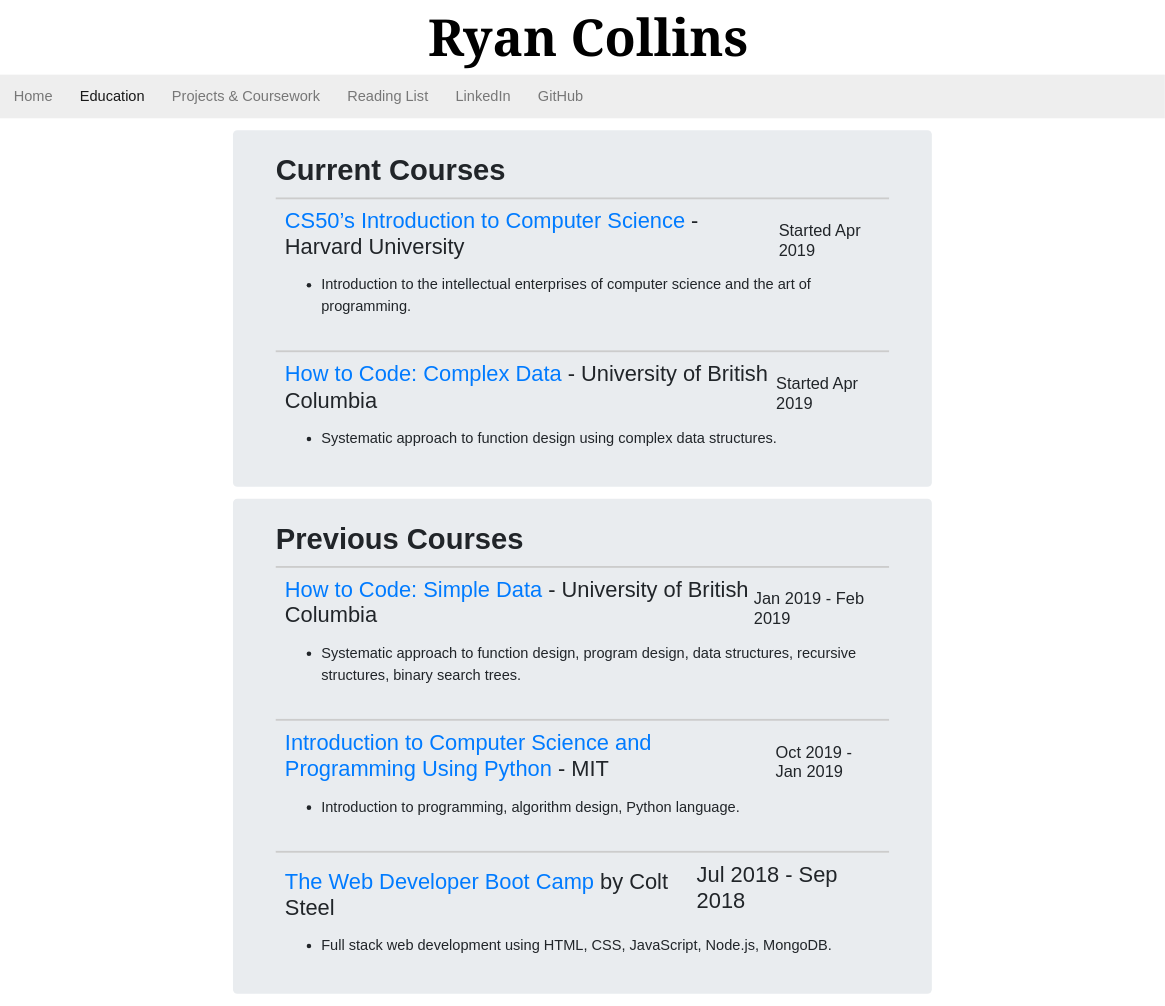
Repository: RyanMCollins/cs50
Page: pset5/homepage/education.html
The author's editor kept a record of every edit. The page is drawn from the files as they stood at one moment, then again after the next edit.
The browser window is 1280 px wide. The pictures show the whole page, at 91% of full size.

Above is the page before.

After the next edit:
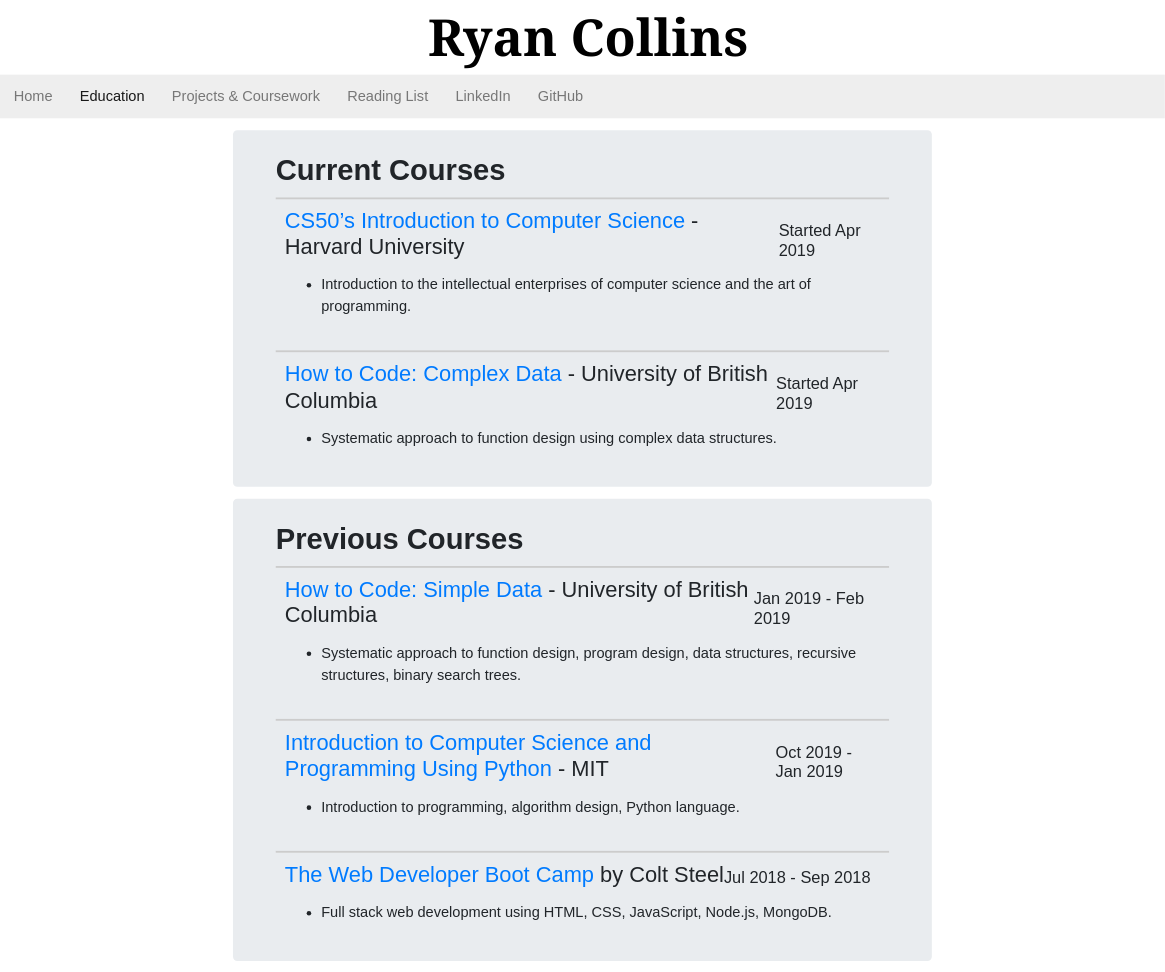
The edit:
--- a/pset5/homepage/education.html
+++ b/pset5/homepage/education.html
@@ -136,14 +136,14 @@
                 <div class="sub-division">
                     <div class="sub-division-header">
                         <h4 class="sub-division-title">
-                        <a href="https://www.udemy.com/the-web-developer-bootcamp/">
-                            The Web Developer Boot Camp
-                        </a>
-                         by Colt Steel
-                    </h4>
-                    <h4>
-                        Jul 2018 - Sep 2018
-                    </h4>
+                            <a href="https://www.udemy.com/the-web-developer-bootcamp/">
+                                The Web Developer Boot Camp
+                            </a>
+                             by Colt Steel
+                        </h4>
+                        <h4 class="sub-division-appendice">
+                            Jul 2018 - Sep 2018
+                        </h4>
                     </div>
                     <ul>
                         <li>
